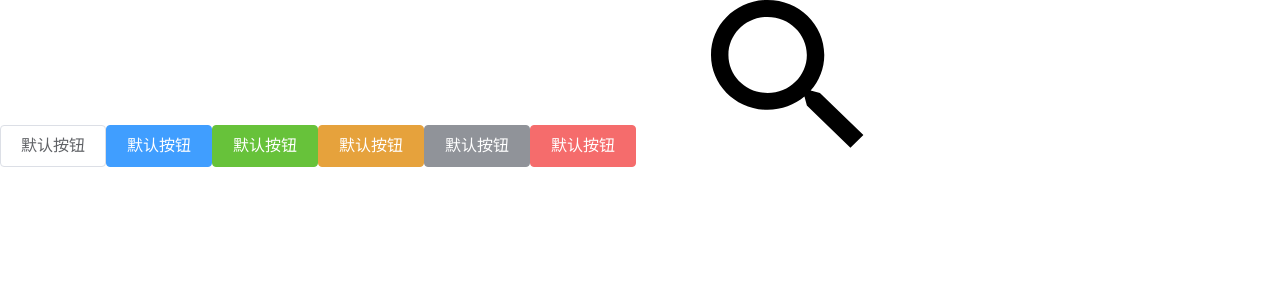
Repository: onlyadaydreamer/dreamer-ui
Page: /
These files come from the project's save history. The page is drawn as it stood at one moment and after the next save; the edit follows.
The browser window is 1280 px wide. The pictures show the whole page.
The project was rebuilt for these pictures with package versions that can differ from the ones it lists, and the page was loaded fresh each time. Also part of the build but not shown: src/styles/icon.js, src/packages/index.js.

Above is the page before, as saved 2020-05-13 15:16:42.

### src/main.js
import Vue from 'vue'
import App from './App.vue'

Vue.config.productionTip = false

import dreamerUI from './packages/index';
Vue.use(dreamerUI);

new Vue({
  render: h => h(App),
}).$mount('#app')

### src/App.vue
<template>
  <div id="app">
    <dreamer-button>默认按钮</dreamer-button>
    <dreamer-button type="primary">默认按钮</dreamer-button>
    <dreamer-button type="success">默认按钮</dreamer-button>
    <dreamer-button type="warning">默认按钮</dreamer-button>
    <dreamer-button type="info">默认按钮</dreamer-button>
    <dreamer-button type="danger">默认按钮</dreamer-button>

    <dreamer-icon icon="search"></dreamer-icon>
  </div>
</template>

<script>

export default {

}
</script>

<style lang="scss">

</style>

### src/packages/button.vue
<template>
    <button class="dreamer-button" :class="btnClass">
        <span v-if="this.$slots.default">
            <slot></slot>
        </span>
    </button>
</template>

<script>
export default {
    name: 'dreamer-button',
    props: {
        type: {
            type: String,
            default: '',
            validator(type) {
                if (type && !['primary', 'success', 'warning', 'info', 'danger'].includes(type)) {
                    console.error('type类型必须为' + ['primary', 'success', 'warning', 'info', 'danger'].join('、'));
                }
                return true;
            }
        }
    },
    computed: {
        btnClass() {
            let classes = [];
            if (this.type) {
                classes.push(`dreamer-button-${this.type}`);
            }
            return classes;
        }
    }
}
</script>

<style lang="scss">
@import '../styles/_var.scss';
$height: 42px;
$font-size: 16px;
$color: #606266;
$border-color: #dcdfe6;
$background: #ecf5ff;
$active-color: #3a8ee6;

.dreamer-button {
  border-radius: $border-radius;
  border: 1px solid $border-color;
  color: $color;
  background: #fff;
  height: 42px;
  cursor: pointer;
  font-size: $font-size;
  line-height: 1;
  padding: 12px 20px;
  display: inline-flex;
  justify-content: center;
  vertical-align: middle;
  &:hover {
      border-color: $border-color;
      background-color: $background;
  }
  &:focus, &:active {
      color: $active-color;
      border: 1px solid $active-color;
      outline: none;
      background-color: $background;
  }
//   &-primary {}
//   &-success {}
//    ... 这么一遍一遍写太麻烦
@each $type, $color in (primary: $primary, success: $success, info: $info, warning: $warning, danger: $danger) {
    &-#{$type} {
        background: #{$color};
        border: 1px solid #{$color};
        color: #fff;
    }
}
@each $type, $color in (primary: $primary-hover, success: $success-hover, info: $info-hover, warning: $warning-hover, danger: $danger-hover) {
    &-#{$type}:hover {
        background: #{$color};
        border: 1px solid #{$color};
        color: #fff;
    }
}
@each $type, $color in (primary: $primary-active, success: $success-active, info: $info-active, warning: $warning-active, danger: $danger-active) {
    &-#{$type}:active,&-#{$type}:focus {
        background: #{$color};
        border: 1px solid #{$color};
        color: #fff;
    }
}
}
</style>

### src/packages/icon.vue
<template>
   <svg class="icon" aria-hidden="true">
        <use :xlink:href="`#icon-${icon}`"></use>
    </svg>
</template>

<script>
import '../styles/icon';
export default {
    name: 'dreamer-icon',
    props: {
        icon: {
            type: String,
            required: true
        }
    }
}
</script>

<style>

</style>

### src/styles/_var.scss
$border-radius: 4px;

$primary: #409EFF;
$success: #67C23A;
$warning: #E6A23C;
$danger: #F56C6C;
$info: #909399;

$primary-hover: #66B1FF;
$success-hover: #85CE61;
$warning-hover: #EBB563;
$danger-hover: #F78989;
$info-hover: #A6A9AD;

$primary-active: #3A8EE6;
$success-active: #5DAF34;
$warning-active: #CF9236;
$danger-active: #DD6161;
$info-active: #82848A;

* {
    padding: 0;
    margin: 0;
    box-sizing: border-box;
}

Loaded but not shown: public/index.html (common file)

After the next save:
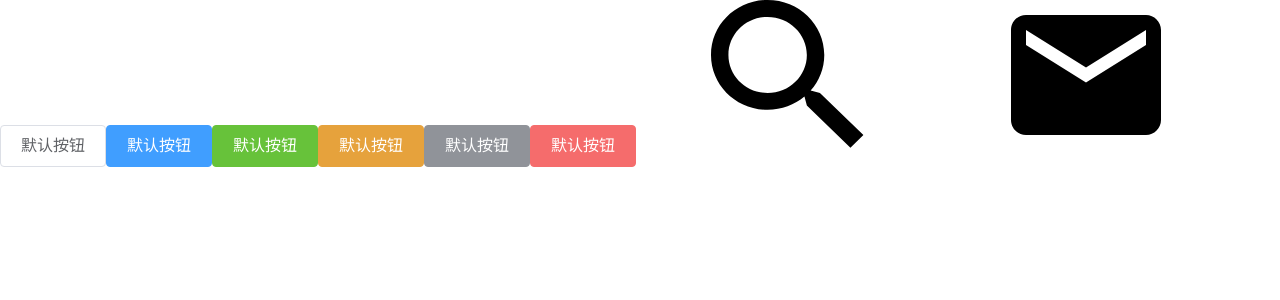
Saved 13 s later.
--- a/src/App.vue
+++ b/src/App.vue
@@ -8,6 +8,7 @@
     <dreamer-button type="danger">默认按钮</dreamer-button>
 
     <dreamer-icon icon="search"></dreamer-icon>
+    <dreamer-icon icon="email"></dreamer-icon>
   </div>
 </template>
 
